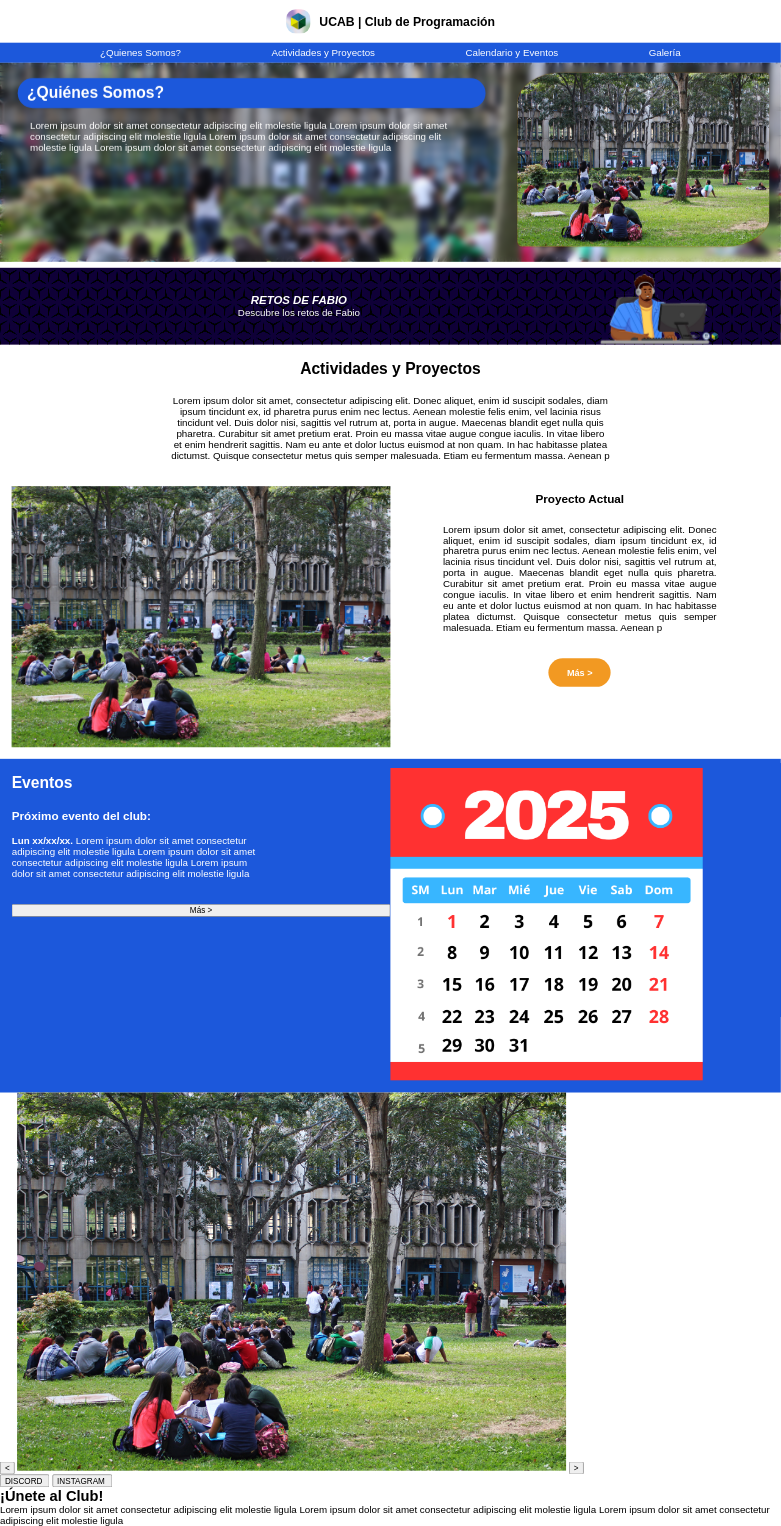
Repository: LuisR404/LandingPage
Page: Pages/QuienesSomos.html
An editor plug-in stored every save of this project. The page is shown before and after the next save, followed by the edit.
The browser window is 1280 px wide. The pictures show the whole page, at 61% of full size.

Above is the page before, as saved 2025-11-10 14:24:19.

### Pages/QuienesSomos.html
<!DOCTYPE html>
<html lang="es">
<head>
    <meta charset="UTF-8">
    <meta name="viewport" content="width=device-width, initial-scale=1.0">
    <link rel="stylesheet" href="../Styles/CommonStyles.css">   <!-- ESTILOS GENERALES -->
    <link rel="stylesheet" href="../Styles/QuienesSomos.css">   <!-- ESTILOS DE LA PÁGINA -->
    <title>Quienes Somos</title>
</head>

<body>
    <!-- TITULO -->
    <section class="header">
        <img src="../resources/club_icon.jpg" alt="" id="header-logo">
        <h1>UCAB | Club de Programación</h1>
    </section>

    <!-- NAV BAR -->
    <nav class="header-nav">
        <ul>
            <li><a href="./QuienesSomos.html">¿Quienes Somos?</a></li>
            <li><a href="./ActividadesYProyectos.html">Actividades y Proyectos</a></li>
            <li><a href="./CalendarioYEventos.html">Calendario y Eventos</a></li>
            <li><a href="./Galeria.html">Galería</a></li>
        </ul>
    </nav>

    <!-- QUIENES SOMOS -->
    <section class="quienes-somos">
        <div class="container">
            <div id="quienes-somos-text">
                <h2>¿Quiénes Somos?</h2>
                <p>
                    Lorem ipsum dolor sit amet consectetur adipiscing elit molestie ligula
                    Lorem ipsum dolor sit amet consectetur adipiscing elit molestie ligula
                    Lorem ipsum dolor sit amet consectetur adipiscing elit molestie ligula
                    Lorem ipsum dolor sit amet consectetur adipiscing elit molestie ligula
                </p>
            </div>

            <div id="quienes-somos-img">
                <img src="../resources/test_img.jpg" alt="">
            </div>
        </div>
    </section>

    <!-- RETOS DE FABIO -->
    <section class="retos-fabio">
        <div>
            <h3><i>RETOS DE FABIO</i></h3>
            <p>Descubre los retos de Fabio</p>
        </div>

        <img src="../resources/fabio.png" alt="">
    </section>

    <!-- ACTIVIDADES Y PROYECTOS -->
    <section class="actividades-proyectos">
        <h2>Actividades y Proyectos</h2>

        <p>
            Lorem ipsum dolor sit amet, consectetur adipiscing elit. Donec aliquet,
            enim id suscipit sodales, diam ipsum tincidunt ex, id pharetra purus enim nec lectus.
            Aenean molestie felis enim, vel lacinia risus tincidunt vel. Duis dolor nisi, sagittis
            vel rutrum at, porta in augue. Maecenas blandit eget nulla quis pharetra. Curabitur sit amet pretium erat.
            Proin eu massa vitae augue congue iaculis. In vitae libero et enim hendrerit sagittis.
            Nam eu ante et dolor luctus euismod at non quam. In hac habitasse platea dictumst.
            Quisque consectetur metus quis semper malesuada. Etiam eu fermentum massa. Aenean p
        </p>

        <div class="proyecto">
            <img src="../resources/test_img.jpg" alt="">

            <div>

                <h3>Proyecto Actual</h3>

                <p>
                    Lorem ipsum dolor sit amet, consectetur adipiscing elit. Donec aliquet,
                    enim id suscipit sodales, diam ipsum tincidunt ex, id pharetra purus enim nec lectus.
                    Aenean molestie felis enim, vel lacinia risus tincidunt vel. Duis dolor nisi, sagittis
                    vel rutrum at, porta in augue. Maecenas blandit eget nulla quis pharetra. Curabitur sit amet pretium erat.
                    Proin eu massa vitae augue congue iaculis. In vitae libero et enim hendrerit sagittis.
                    Nam eu ante et dolor luctus euismod at non quam. In hac habitasse platea dictumst.
                    Quisque consectetur metus quis semper malesuada. Etiam eu fermentum massa. Aenean p
                </p>

                <button>Más ></button>
            </div>
        </div>
    </section>

    <!-- EVENTOS -->
    <section class="eventos">
        <div>

            <h2>Eventos</h2>

            <h3>Próximo evento del club:</h3>

            <p>
                <b>Lun xx/xx/xx.</b>
                Lorem ipsum dolor sit amet consectetur adipiscing elit molestie ligula
                Lorem ipsum dolor sit amet consectetur adipiscing elit molestie ligula
                Lorem ipsum dolor sit amet consectetur adipiscing elit molestie ligula
            </p>

            <button>Más ></button>

        </div>

        <img src="../resources/calendario_test_img.png" alt="">
    </section>

    <!-- CARRUSEL -->
    <section>
        <button><</button>

        <img src="../resources/test_img.jpg" alt="">

        <button>></button>
    </section>

    <!-- UNETE -->
    <section>
        <div>
            <button>DISCORD <img src="" alt=""></button>
            <button>INSTAGRAM <img src="" alt=""></button>
        </div>

        <div>
            <h2>¡Únete al Club!</h2>

            <p>
                Lorem ipsum dolor sit amet consectetur adipiscing elit molestie ligula
                Lorem ipsum dolor sit amet consectetur adipiscing elit molestie ligula
                Lorem ipsum dolor sit amet consectetur adipiscing elit molestie ligula
            </p>
        </div>
    </section>

</body>
</html>

### Styles/CommonStyles.css
/* ============ ESTILOS DE PAGINA ============ */
* {
    font-family: Arial, Helvetica, sans-serif;
    margin: 0;
}

img {
    max-width: 100% ;
}

/* ============ HEADER ============ */
.header {
    display: flex;
    justify-content: center;
    align-items: center;

    padding-top: 15px;
    padding-bottom: 15px;
}

.header h1 {  /* ------> titulo */
    font-size: clamp(17px, 4vw, 20px);
    white-space: nowrap;

    margin-left: 15px;
}

#header-logo {  /* ------> logo */
    width: clamp(32px, 7vw, 40px);
    height: clamp(32px, 7vw, 40px);

    border-radius: 40%;
}

/* ========== NAV BAR ========== */
.header-nav {
    display: flex;
    justify-content: center;

    padding-top: 7.5px;
    padding-bottom: 7.5px;


    background-color: #1C58DB;
}

.header-nav ul {  /* ------> lista */
    display: flex;
    flex-direction: row;
    justify-content: space-around;

    width: 1100px;

    padding: 0;

    list-style: none;
}

.header-nav ul li a {  /* ------> links */
    text-decoration: none;
    color: white;
}

### Styles/QuienesSomos.css
/* =========== QUIENES SOMOS =========== */

.quienes-somos {
    display: flex;
    justify-content: center;

    width: 100%;

    background-image: url(../resources//test_img.jpg);
    background-position: center;
    background-size: 100%;
    background-color: grey
}

.quienes-somos .container {
    display: grid;
    grid-template-rows: 1fr;
    grid-template-columns: 2fr 1fr;

    width: 100%;

    padding-top: clamp(5px, 1.2vw, 25px);
    padding-bottom: clamp(10px, 1.5vw, 30px);
    padding-left: clamp(2px, 1.5vw, 30px);
    padding-right: clamp(2px, 1.5vw, 30px);

    backdrop-filter: blur(5px);
}

/* -----------> texto <----------- */

#quienes-somos-text {  /* ----------> contenedor */
    display: flex;
    flex-direction: column;

    padding: 10px 4vw 10px 10px;
}


#quienes-somos-text h2 { /* ----------> subtitulo */
    font-size: clamp(20px, 2vw, 30px);
    font-weight: 800;
    white-space: nowrap;
    color: white;

    padding: 10px 15px 10px 15px;
    margin-bottom: 20px;

    border-radius: 30px;

    background-color: #1C58DB;
}

#quienes-somos-text p { /* ----------> parrafo */
    font-size: auto;
    color: white;

    justify-content: center;

    padding: 0px 20px;
}

/* -----------> imagen <----------- */

#quienes-somos-img { /* ----------> contenedor */
    width: 100%;
    height: auto;

    align-content: center;

    overflow: hidden;
}

#quienes-somos-img img{  /* ----------> imagen */
    width: 100%;
    height: auto;

    border: 1px solid   rgba(0, 0, 0, 0.2);
    border-radius: 18% 10px 18% 10px;

    background-color: rgba(255, 162, 0, 0.258);

    aspect-ratio: auto;
    object-fit: cover;
}

/* -----------> media queries <----------- */

@media (max-width: 600px) {

    .quienes-somos .container {
        grid-template-columns: 1fr; /* ------> ajusta la disposicion del grid */
    }

    #quienes-somos-img {
        display: none; /* --------> invisibiliza la imagen */
    }
}


/* =========== RETOS DE FABIO =========== */

.retos-fabio {
    display: grid;
    grid-template-columns: 1fr 300px;

    text-wrap: nowrap;

    margin-top: 10px;

    background-color: rgb(20, 0, 67);
    background-image: url('../resources/textura.jpg');
    background-size:15vw;
    background-blend-mode:color-burn;
}

/* -----------> texto <----------- */
.retos-fabio div {
    text-align: center;
    align-self: center;
    color: white;
    width: 100%;
}

/* -----------> imagen <----------- */
.retos-fabio img {
    justify-self: end;

    max-width: 200px;
    height: auto;

    margin-right: 100px;
    margin-top: 10px;
}

/* -----------> efecto hover <----------- */
.retos-fabio:hover {
    cursor: pointer;
}

/* -----------> media queries <----------- */

@media (max-width: 600px) {
    .retos-fabio {  /* ----------> ajusta la disposicion del grid */
        grid-template-columns: 1fr;
    }

    .retos-fabio img {  /* ----------> desaparece la imagen */
        display: none;
    }

    .retos-fabio div {  /* ----------> ajusta el texto y el margen */
        font-size: 12px;

        padding: 10px;
    }
}


/* =========== ACTIVIDADES Y PROYECTOS =========== */

.actividades-proyectos {
    display: flex;
    flex-direction: column;

    padding-top: clamp(5px, 1.2vw, 25px);
    padding-bottom: clamp(10px, 1.5vw, 30px);
    padding-left: clamp(2px, 1.5vw, 30px);
    padding-right: clamp(2px, 1.5vw, 30px);

}

.actividades-proyectos h2 {  /* ----------> subtitulo */
    font-size: clamp(20px, 2vw, 30px);
    font-weight: 800;
    text-align: center;
    white-space: nowrap;

    padding: 10px 15px 10px 15px;
    margin-bottom: 20px;
}

.actividades-proyectos p {  /* ----------> parrafo */
    text-align: center;
    text-wrap: balance;

    align-self: center;

    max-width: 60%;

    margin-bottom: 40px;
}

/* -----------> proyecto <----------- */

.proyecto {
    display: grid;
    grid-template-rows: 1fr;
    grid-template-columns: 1fr 1fr;
}

/* ----------->> imagen <<----------- */

.proyecto img {
    justify-self: right;
}

/* ----------->> texto <<----------- */

.proyecto div {  /* ----------> contenedor */
    display: flex;
    flex-direction: column;
    justify-self: left;

    padding-left: 30px;
    padding-right: 30px;
}

.proyecto div h3 {  /* ----------> subtitulo */
    font-size: clamp(15px, 1.5vw, 25px);
    font-weight: 800;
    text-align: center;
    white-space: nowrap;

    padding: 10px 15px 10px 15px;
    margin-bottom: 20px;
}

.proyecto div p {  /* ----------> parrafo */
    text-align: justify;
    hyphenate-limit-chars: 2;
    text-wrap: balance;

    align-self: center;

    max-width: 80%;

    margin-bottom: 40px;
}

.proyecto div button {  /* ----------> boton mas */
    font-size: 15px;
    font-weight: 800;
    color: white;

    align-self: center;

    width: fit-content;

    padding: 15px 30px;

    border: none;
    border-radius: 25px;
    background-color: #F29922;
}

/* =========== EVENTOS =========== */

.eventos {
    display: grid;
    grid-template-rows: 1fr;
    grid-template-columns: 1fr 1fr;

    max-width: 100%;

    padding-top: clamp(5px, 1.2vw, 25px);
    padding-bottom: clamp(10px, 1.5vw, 30px);
    padding-left: clamp(2px, 1.5vw, 30px);
    padding-right: clamp(2px, 1.5vw, 30px);

    background-color: #1C58DB;
}

/* ----------->> texto <<----------- */

.eventos div {
    display: flex;
    flex-direction: column;

    color: white;
}

.eventos div h2 {
    font-size: clamp(20px, 2vw, 30px);
    font-weight: 800;
    text-align: left;
    white-space: nowrap;

    padding: 10px 0px;
    margin-bottom: 20px;
}

.eventos div h3 {
    font-size: clamp(15px, 1.5vw, 25px);
    font-weight: 800;
    text-align: left;
    white-space: nowrap;

    margin-bottom: 20px;
}

.eventos div p {
    /* text-align: justify; */
    /* hyphenate-limit-chars: 2; */
    text-wrap: balance;

    align-self: left;

    max-width: 80%;

    margin-bottom: 40px;
}

After the next save:
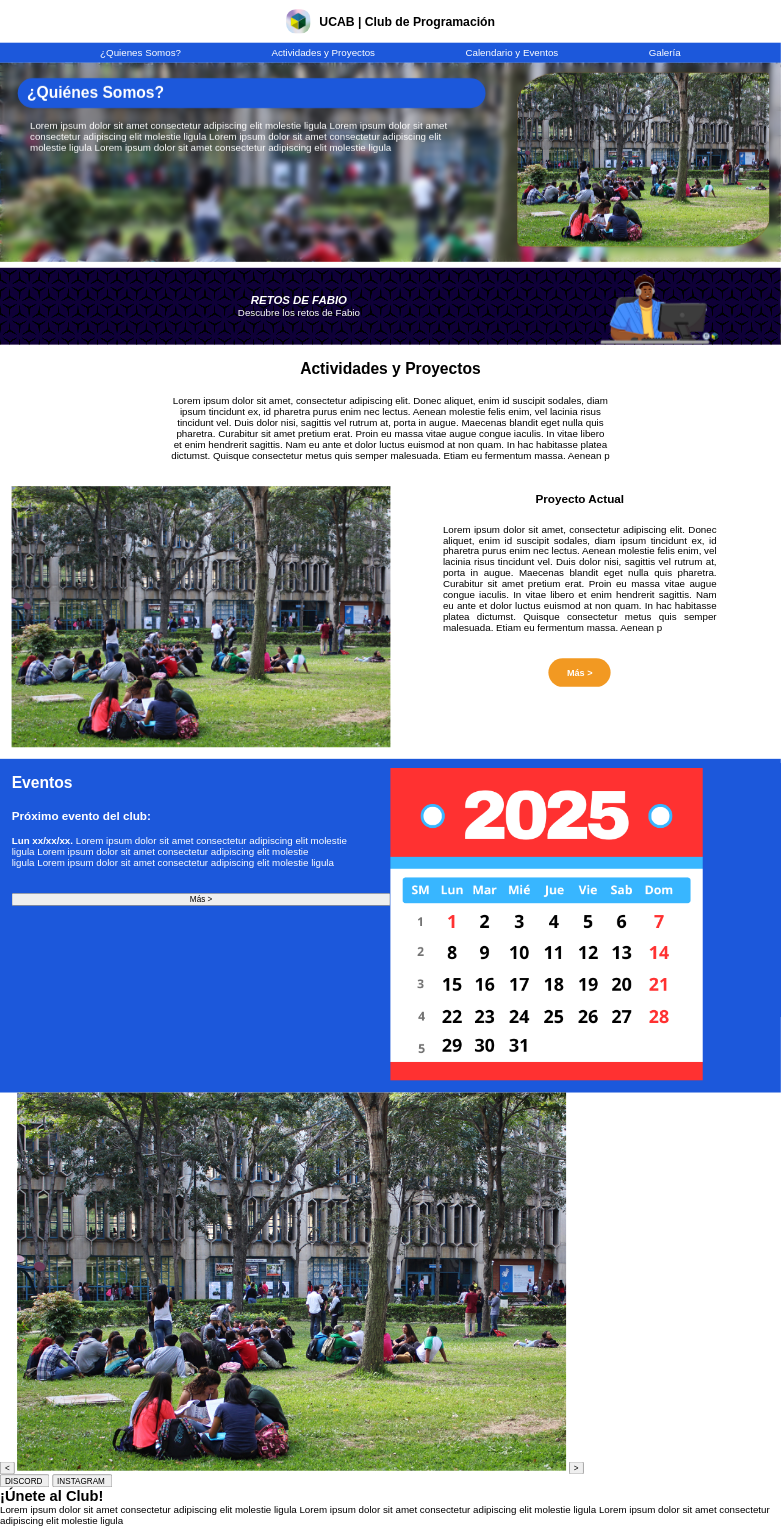
Saved 10 s later.
--- a/Styles/QuienesSomos.css
+++ b/Styles/QuienesSomos.css
@@ -306,7 +306,5 @@
 
     align-self: left;
 
-    max-width: 80%;
-
     margin-bottom: 40px;
 }
